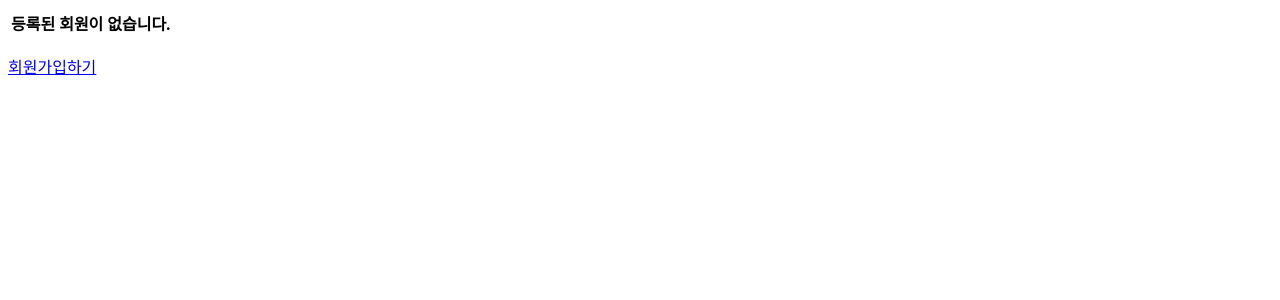
Repository: sseunghyunni/Spring
Page: http://localhost/pro17/listMembers.jsp
The author's editor kept a copy of each file at every save. The page is drawn from the files as they stood at one save, then again after the next save.
The browser window is 1280 px wide. The pictures show the whole page.
The page is served by Tomcat 9. Other server files are loaded and not shown.

Above is the page before, as saved 2022-08-05 03:48:49.

### pro17/src/main/webapp/listMembers.jsp
<%@ page language="java" contentType="text/html; charset=UTF-8"
    pageEncoding="UTF-8"
    isELIgnored="false"%>
    <%@ taglib prefix="fmt" uri="http://java.sun.com/jsp/jstl/fmt" %>
    <%@ taglib prefix="c" uri="http://java.sun.com/jsp/jstl/core" %>
    <%
    request.setCharacterEncoding("UTF-8");
    %>
<!DOCTYPE html>
<html>
<head>
<meta charset="UTF-8">
<title>Insert title here</title>
</head>
<body>
<table>
	<c:choose>
	<c:when test="${memberList==null }">
	<tr>
	<td colspan=5>
	<b>등록된 회원이 없습니다.</b>
	</td>
	</tr>
	</c:when>
	<c:when test="${membersList != null }">
	<c:forEach var="mem" items="${membersList }">
	<tr align="center">
	<td>${mem.id }</td>
	<td>${mem.pwd }</td>
	<td>${mem.name }</td>
	<td>${mem.email }</td>
	<td>${mem.joinDate }</td>
	</tr>
	</c:forEach>
	</c:when>
	</c:choose>
	</table>
	<a href="#">
	<p class="cls2"> 회원가입하기</p>
	</a>
</body>
</html>

After the next save:
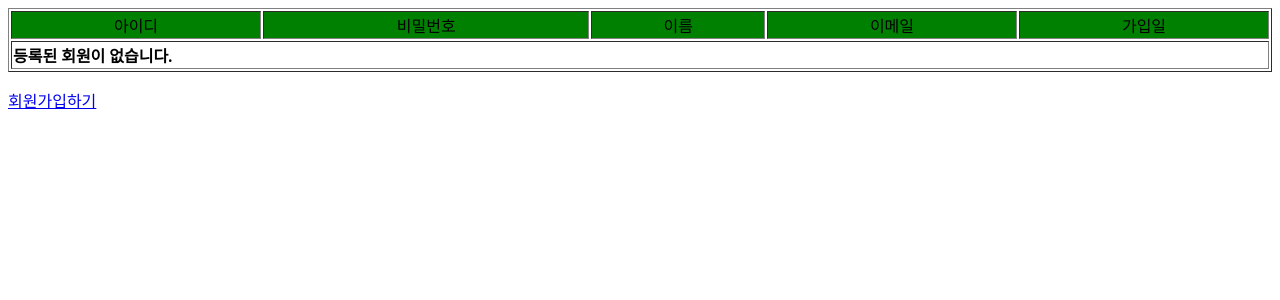
Saved 2 min 8 s later.
--- a/pro17/src/main/webapp/listMembers.jsp
+++ b/pro17/src/main/webapp/listMembers.jsp
@@ -14,6 +14,13 @@
 </head>
 <body>
 <table>
+<table align="center" width="100%" border="1"><tr align="center" bgcolor="green">
+<td>${'아이디' }</td>
+<td>${'비밀번호'}</td>
+<td>${'이름' }</td>
+<td>${'이메일' }</td>
+<td>${'가입일' }</td>
+</tr>
 	<c:choose>
 	<c:when test="${memberList==null }">
 	<tr>
